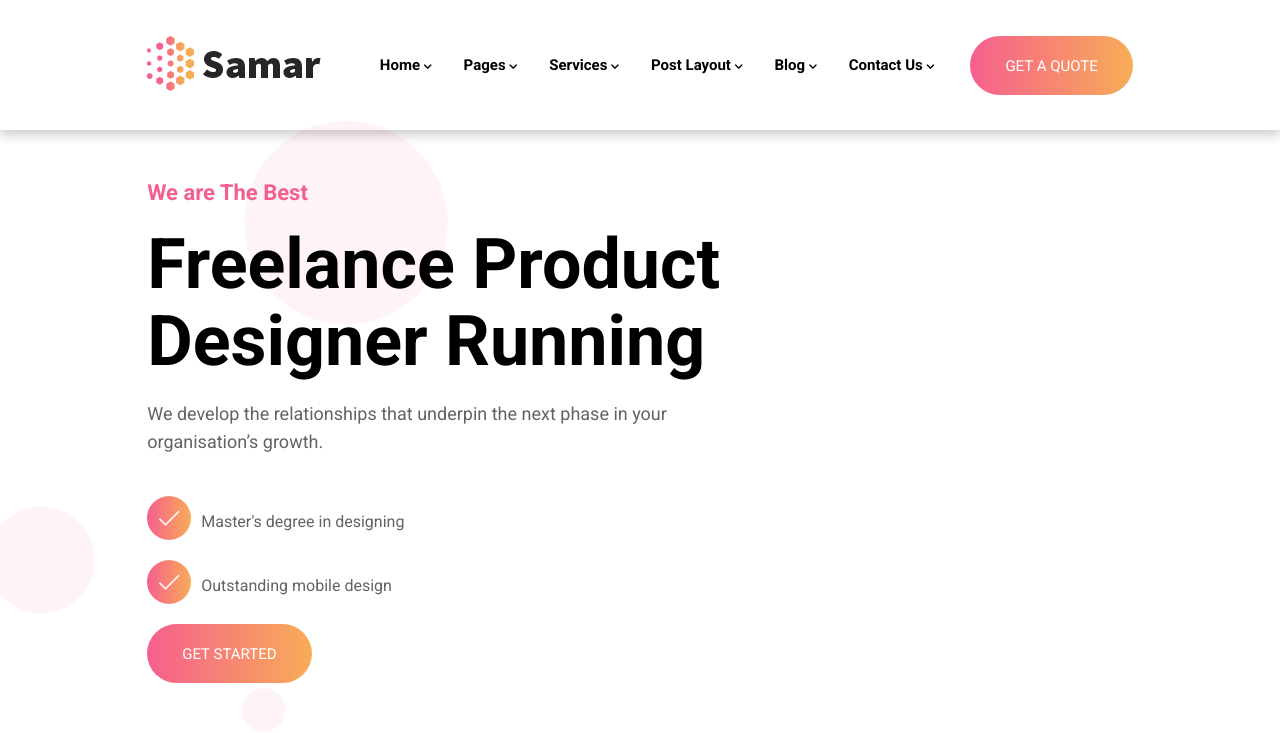
Repository: leequanganh/sammar
Page: html/index.html
An editor plug-in stored every save of this project. The page is shown before and after the next save, followed by the edit.
The browser window is 1280 px wide. The pictures show the whole page.

Above is the page before, as saved 2021-12-09 15:12:39.

### html/index.html
<!DOCTYPE html>
<html lang="en">
<head>
    <meta charset="UTF-8">
    <meta http-equiv="X-UA-Compatible" content="IE=edge">
    <meta name="viewport" content="width=device-width, initial-scale=1.0">
    <link rel="preconnect" href="https://fonts.googleapis.com">
<link rel="preconnect" href="https://fonts.gstatic.com" crossorigin>
<link href="https://fonts.googleapis.com/css2?family=Roboto:ital,wght@0,100;0,300;0,400;0,700;1,500;1,700;1,900&display=swap" rel="stylesheet">
            <!-- /////////////////// -->
    <link rel="stylesheet" href="../css/flaticon.css">
    <link rel="stylesheet" href="https://cdnjs.cloudflare.com/ajax/libs/line-awesome/1.3.0/line-awesome/css/line-awesome.min.css" integrity="sha512-vebUliqxrVkBy3gucMhClmyQP9On/HAWQdKDXRaAlb/FKuTbxkjPKUyqVOxAcGwFDka79eTF+YXwfke1h3/wfg==" crossorigin="anonymous" referrerpolicy="no-referrer" />
    <link rel="stylesheet" href="https://cdnjs.cloudflare.com/ajax/libs/font-awesome/5.15.4/css/all.min.css" integrity="sha512-1ycn6IcaQQ40/MKBW2W4Rhis/DbILU74C1vSrLJxCq57o941Ym01SwNsOMqvEBFlcgUa6xLiPY/NS5R+E6ztJQ==" crossorigin="anonymous" referrerpolicy="no-referrer" />
                 <!-- ////////////////////// -->
    <link rel="stylesheet" href="../css/index.css">
    <title>Document</title>
</head>
<body>
<!-- header start  -->
    <div class="header" id="navbar">

        <div class="header__contain">
            <div class="header_logo" id="logo">
                <img src="../img/logo-2.png" alt="">
            </div>
            <div class="header_nav">
                <ul>
                    <li> <a href=""> <span>Home</span>
                        <i class="fas fa-chevron-down"></i></a> </li>
                    <li> <a href=""><span>Pages</span>
                        <i class="fas fa-chevron-down"></i></a></li>
                    <li><a href=""> <span>Services</span>
                        <i class="fas fa-chevron-down"></i></a></li>
                    <li><a href=""> <span>Post Layout</span>
                        <i class="fas fa-chevron-down"></i></a></li>
                    <li><a href=""><span>Blog</span>
                        <i class="fas fa-chevron-down"></i></a></li>
                    <li><a href=""><span>Contact Us</span>
                        <i class="fas fa-chevron-down"></i></a></li>
                </ul>
                <div class="btn">
                    <a href="">GET A QUOTE</a>
                </div>
            </div>
        </div>
    </div>
<!-- header end  -->
<!-- banner start  -->
    <div class="banner">
        <div class="banner__contain">
            <div class="banner_text">
                <h4>We are The Best</h4>
                <h1>Freelance Product <br> Designer Running</h1>
                <p>We develop the relationships that underpin the next phase in your <br>
                    organisation’s growth.</p>
                <span><i class="las la-check"></i>Master's degree in designing</span>
                <span><i class="las la-check"></i>Outstanding mobile design</span>

                <!-- <ul>
                    <li>Master's degree in designing</li>
                    <li>Outstanding mobile design</li>

                </ul> -->
                <div class="btn"><a href="">GET STARTED</a></div>

            </div>
            <!-- <div class="banner_img">
                <img src="../img/pic3_1.png" alt="">
            </div> -->
        </div>
    </div>
<!-- banner end  -->
    <script src="https://code.jquery.com/jquery-3.6.0.min.js" integrity="sha256-/xUj+3OJU5yExlq6GSYGSHk7tPXikynS7ogEvDej/m4=" crossorigin="anonymous"></script>
    <script>
        $(document).ready(function(){
            $(window).scroll(function(){
                if($(this).scrollTop()){
                    $('header').addClass('sticky');
                }else{
                    $('header').removeClass('sticky');
                }
            })
        });
    </script>
</body>
</html>

### css/index.css
*{
padding: 0;
margin: 0;
border: 0;
box-sizing: border-box;
font-family: 'Roboto', sans-serif;
}
body{
    /* height: 9000px;
    background-color: antiquewhite; */
}
/* header-start  */
.header{
    display: flex;
    justify-content: center;
    position: fixed;
        width: 100%;
        top: 0;
    z-index: 1;
    box-shadow: 0px 5px 10px rgba(0, 0, 0,0.2);
    overflow: hidden;
    transition: 0.5s;
    background: rgba(0,0,0,0);
}
.header__contain{
    width: 77%;
    display: flex;
    justify-content: space-between;
    align-items: center;
}
.header_nav {
    width: 80%;
    display: flex;
    justify-content: flex-end;
    align-items: center;
}
ul{
    display: flex;
}
.header_nav ul li{
    transition: 0.3s;
    padding: 55px 16px ;
    list-style: none;
}
.header_nav li a {
    font-size: 15px;
    list-style: none;
    text-decoration: none;
    color: black;
    font-weight: 600;
}
.header_nav li a span{
    line-height: 20px;
}
.header_nav li:hover{
    cursor: pointer;
}
.header_nav li a {
    display: inline-block;
}
span{
    display: inline-block;
}
.header_nav li:hover a span  {
   animation-name: upToDown;
   animation-duration: 0.5s;
   color: #f55f8d;
   cursor: pointer;
}
.header_nav li:hover a i{
   color: #f55f8d;
}
.header_nav li a i{
    font-size: 9px;
}
.header .btn{
    margin-left: 20px;
}
.btn {
    padding: 20px 35px;
    border-radius: 30px;
    border-width: 1px;
    background-image: linear-gradient(to right,#f55f8d 0,#f8ae56 51%,#f55f8d 100%);
    background-position: left bottom;
    background-size: 200%;
    transition: 0.5s;
}
.btn a{
    color: white;
    line-height: 18px;
    font-size: 15px;
    font-weight: 500;
    text-decoration: none;

}
.btn:hover {
    background-position: right center;
}
/* header-end  */
/* banner start  */
.banner {
    background-image: url(../img/pic2.png);
    background-size: cover;
    background-repeat: no-repeat;
    /* background-position: center; */
    padding-top: 130px;
    display: flex;
    flex-direction: row;
    justify-content: center;
}
.banner__contain{
    display: flex;
    /* overflow: visible; */
    padding: 50px 0;
    justify-content: space-between;
    width: 77%;
}
.banner_text{
    background-color: ;
    display: flex;
    flex-direction: column;
    align-items:flex-start;
    width: 80%;
}
.banner_text h4{
    color: #f55f8d;
    font-size: 22px;
    font-weight: 600;
    line-height: 26px;
    margin-bottom: 20px;
}
.banner_text h1{
    font-size: 70px;
    line-height: 1.1;
    font-weight: 800;
    margin-bottom: 20px;

}
.banner_text p{
    color: #636363;
    font-size: 18px;
    line-height: 28px;
    margin-bottom: 20px;
}
.banner_text span{
    margin: 20px 0 0 0;
    color: #636363;
}
.banner_text span i{
    font-size: 24px;
    padding: 10px;
    background-image: linear-gradient(to right,#f55f8d 0,#f8ae56 51%,#f55f8d 100%);
    border-radius: 50%;
    background-size: 200%;
    color: white;
    margin-right: 10px;
}
.banner_text .btn{
    margin-top: 20px;
}

.banner_img{
    /* width: 40%; */
}

.banner_img{
    /* position: relative; */
}

/* banner end  */
/* animate  */
@keyframes upToDown {
    49% {
      transform: translateY(100%);
    }
    50% {
      opacity: 0;
      transform: translateY(-100%);
    }
    51% {
      opacity: 1;
    }
  }
/* animate  */

Loaded but not shown: css/flaticon.css (common file)

After the next save:
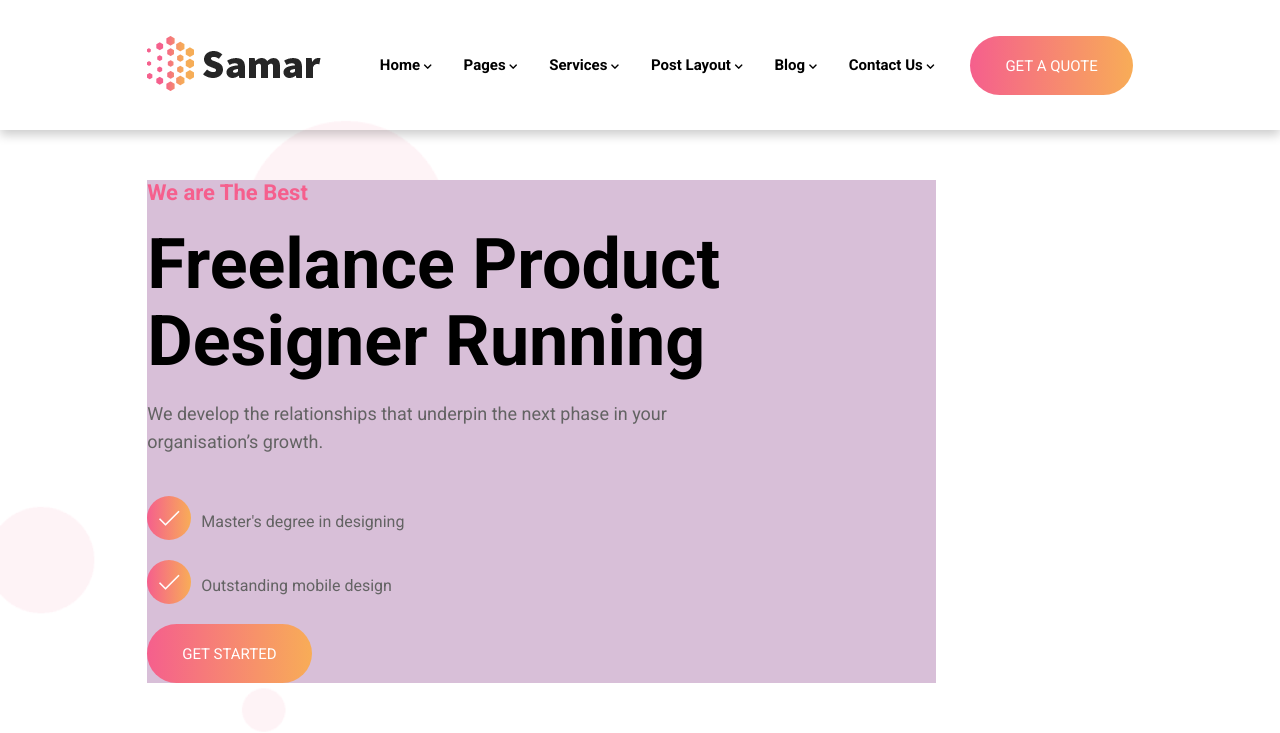
Saved 4 s later.
--- a/css/index.css
+++ b/css/index.css
@@ -116,7 +116,7 @@ span{
     width: 77%;
 }
 .banner_text{
-    background-color: ;
+    background-color: thistle;
     display: flex;
     flex-direction: column;
     align-items:flex-start;
